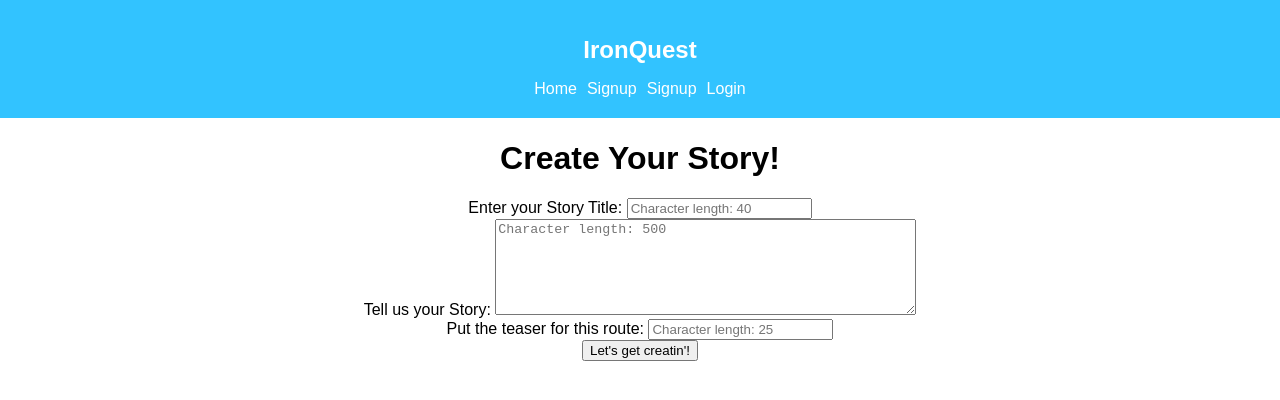
Repository: MikeTroianello/project4
Page: /createstory (app in client/)
An editor plug-in stored every save of this project. The page is shown before and after the next save, followed by the edit.
The browser window is 1280 px wide. The pictures show the whole page.
The project was rebuilt for these pictures with package versions that can differ from the ones it lists, and the page was loaded fresh each time. Also part of the build but not shown: client/src/components/pages/StoryPage.jsx, client/src/components/pages/ReadStory.jsx, client/src/components/pages/Home.jsx, client/src/components/pages/Login.jsx, client/src/components/pages/Signup.jsx, client/src/components/pages/Profile.jsx.

Above is the page before, as saved 2019-03-21 17:31:28.

After the next save:
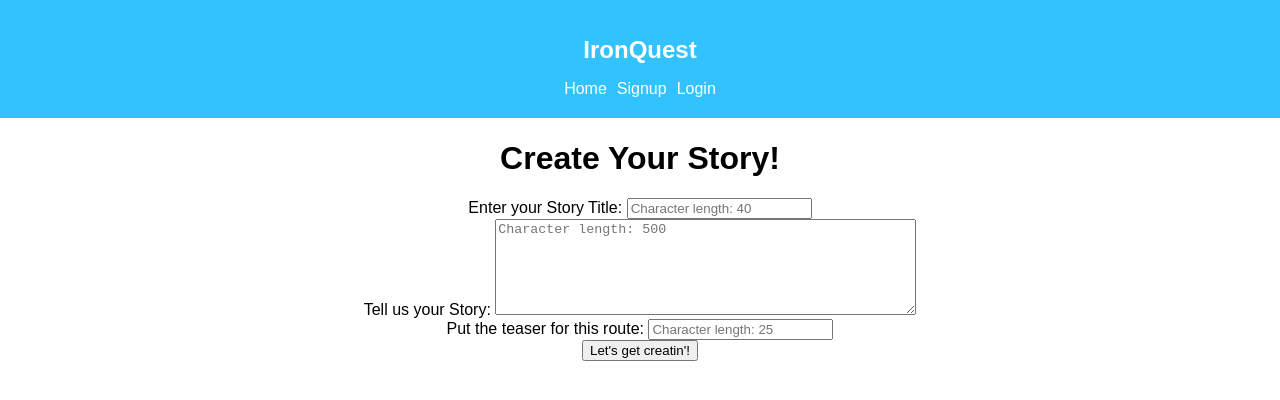
Saved 21 min 13 s later.
--- a/client/src/components/App.jsx
+++ b/client/src/components/App.jsx
@@ -41,7 +41,6 @@ export default class App extends Component {
           <h1 className="App-title">IronQuest</h1>
           {api.isLoggedIn() && <h3>Hello, {this.state.user.username}!</h3>}
           <NavLink to="/" exact>Home</NavLink>
-          {!api.isLoggedIn() && <NavLink to="/signup">Signup</NavLink>}
           {!api.isLoggedIn() && <NavLink to="/signup">Signup</NavLink>}
           {!api.isLoggedIn() && <NavLink to="/login">Login</NavLink>}
           {api.isLoggedIn() && <NavLink to="/profile">Profile Page</NavLink>}
